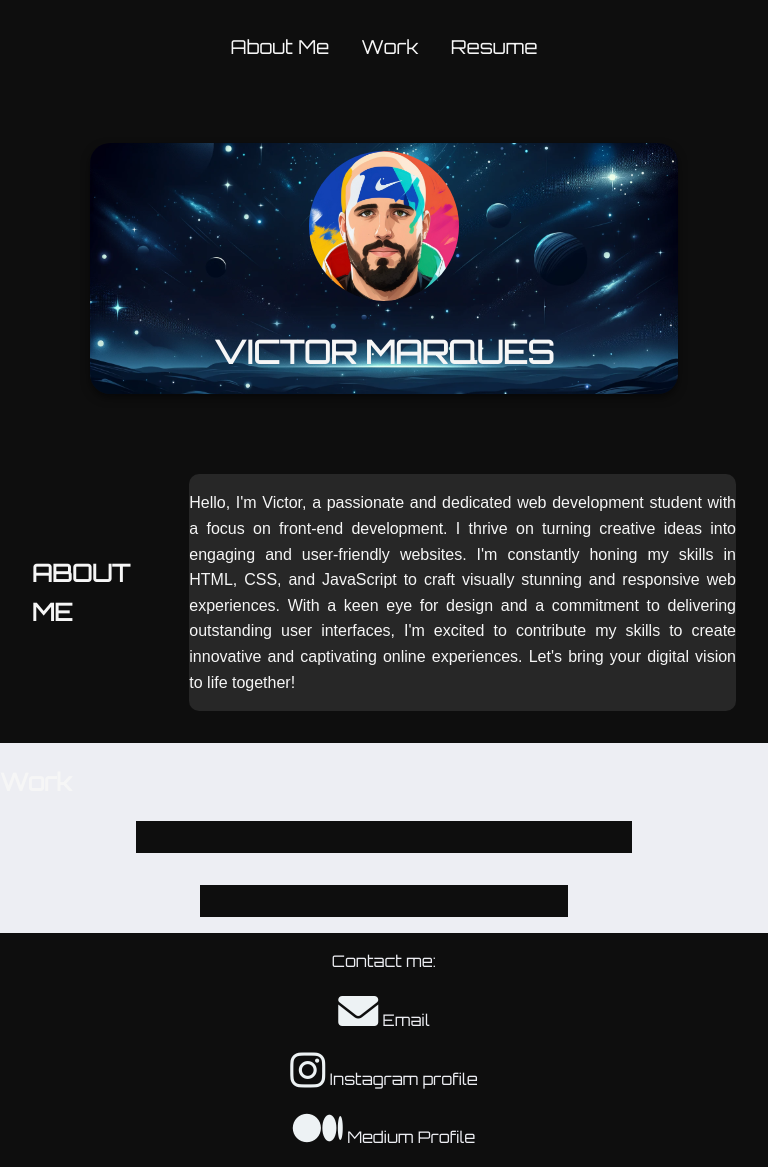
Repository: uvee35/Challenge2-Victor
Page: index.html
These files come from the project's save history. The page is drawn as it stood at one moment and after the next save; the edit follows.
The browser window is 768 px wide. The pictures show the whole page.

Above is the page before, as saved 2023-12-11 23:09:15.

### index.html
<!DOCTYPE html>
<html lang="en-gb">
  <head>
    <meta charset="UTF-8" />
    <meta name="viewport" content="width=device-width, initial-scale=1.0" />
    <meta http-equiv="X-UA-Compatible" content="ie=edge" />
    <title>Victor Marques Portfolio</title>
    <link rel="stylesheet" href="assets/style.css" />
    <link
      href="https://cdnjs.cloudflare.com/ajax/libs/font-awesome/6.0.0-beta3/css/all.min.css"
      rel="stylesheet"
    />
    <link
      href="https://fonts.googleapis.com/css?family=Orbitron&display=swap"
      rel="stylesheet"
    />
  </head>

  <body>
    <header class="header">
      <nav class="header__nav">
        <ul class="nav__list">
          <li class="nav__item">
            <a href="#about-me" class="nav__link">About Me</a>
          </li>
          <li class="nav__item"><a href="#work" class="nav__link">Work</a></li>
          <li class="nav__item">
            <a href="#resume" class="nav__link">Resume</a>
          </li>
        </ul>
      </nav>
    </header>

    <section class="hero-banner">
      <div class="hero-banner__content">
        <img src="..///assets/victor.JPG" alt="Victor" class="about__image" />
        <h1>VICTOR MARQUES</h1>
      </div>
    </section>

    <main class="page-wrapper">
      <section id="about-me"></section>
      <section class="about-section">
        <h2 class="about-title">ABOUT ME</h2>
        <div class="about-box">
          <p class="about-me-text">
            Hello, I'm Victor, a passionate and dedicated web development
            student with a focus on front-end development. I thrive on turning
            creative ideas into engaging and user-friendly websites. I'm
            constantly honing my skills in HTML, CSS, and JavaScript to craft
            visually stunning and responsive web experiences. With a keen eye
            for design and a commitment to delivering outstanding user
            interfaces, I'm excited to contribute my skills to create innovative
            and captivating online experiences. Let's bring your digital vision
            to life together!
          </p>
        </div>
      </section>

      <section class="page-section" id="work">
        <h2>Work</h2>
        <div class="work__projects">
          <a class="project project--featured"></a>
          <div class="project">
            <!-- Other project content -->
          </div>
          <!-- Repeat for other projects as necessary -->
        </div>
      </section>
    </main>

    <footer class="footer">
      <div class="footer__contact-info">
        <span class="footer__contact-header">Contact me: </span>
        <a href="mailto:victormarquesrina@hotmail.com" class="contact-link">
          <i class="fas fa-envelope social-icon"></i>
          <span>Email</span>
        </a>
        <a href="https://www.instagram.com/Uvee35" class="contact-link">
          <i class="fab fa-instagram social-icon"></i>
          <span>Instagram profile</span>
        </a>
        <a href="https://medium.com/@victor5.vm58" class="contact-link">
          <i class="fab fa-medium social-icon"></i>
          <span>Medium Profile</span>
        </a>
      </div>
    </footer>
  </body>
</html>

### assets/style.css
:root {
  --primary-color: #edeef3;
  --secondary-color: #0e0e0e;
  --accent-color: #edf2f4;
  --font-color: #f6f6f6;
  --font-family: 'Orbitron', sans-serif;
}

*,
*::before,
*::after {
  box-sizing: border-box;
}

body {
  font-family: var(--font-family);
  color: var(--font-color);
  background-color: var(--primary-color);
  line-height: 1.6;
  margin: 0;
  padding: 0;
  display: flex;
  flex-direction: column;
  min-height: 100vh;
}

.header {
  display: flex;
  justify-content: center; /* This will center the navigation items */
  align-items: center; /* This will vertically center the items if the header has a specific height */
  padding: 1rem;
  background-color: #0e0e0e;
}


.nav__list {
  display: flex;
  justify-content: center; /* Center the list items horizontally */
  align-items: center; /* Center the list items vertically */
  list-style: none;
  padding: 0; /* Remove default padding */
}


.nav__item {
  margin: 0 1rem;
}

.nav__link {
  color: var(--font-color);
  text-decoration: none;
  font-size: 1.2rem;
}

.hero-banner {
  padding: 1rem; /* Reduced padding */
  text-align: center; /* Center content */
  background-color: #0e0e0e;
}

.hero-banner__content {
  /* If you want to limit the width of the content area */
  max-width: 600px; /* Adjust as needed */
  margin: auto; /* Center the content area if max-width is set */
  background-image: url(..//assets/background.png);
  background-size: cover;
  background-position: center;
  padding: 0.5rem 0; /* Adjust the padding to resize the section */
  text-align: center;
  display: flex;
  flex-direction: column; /* Stack children vertically */
  align-items: center; /* Center-align children horizontally */
  justify-content: center; /* Center-align children vertically */
  border-radius: 20px; /* Add rounded corners */
  margin: 2rem; /* Add some margin around the section */
  box-shadow: 0 4px 8px rgba(0, 0, 0, 0.5); /* Optional: Add shadow for depth */
  width: 80%; /* Adjust width to your liking */
  max-width: 1200px; /* Optional: Set a max-width */
  margin-left: auto; /* Margins auto for center alignment */
  margin-right: auto;
}


.hero-banner h1 {
  font-size: 2rem; /* Smaller font size for the main heading */
  margin-bottom: 0.5rem; /* Adjust spacing as needed */

}




.about__image {
  width: 150px; /* New, smaller width */
  height: 150px; /* New, smaller height */
  border-radius: 50%; /* To keep the circular shape */
  object-fit: cover; /* To maintain aspect ratio */
}


.about-section {
  background-color: var(--secondary-color);
  padding: 2rem;
  display: flex;
  justify-content: space-between;
  align-items: center;

}

.about-title {
  color: var(--font-color);
  font-size: 1.5rem;
  margin-right: 2rem; /* Adjust space between title and box */
}

.about-box {
  flex-grow: 1;
  background: rgba(255, 255, 255, 0.1); /* Semi-transparent white */
  padding: 2rem;
  border-radius: 10px;
  color: var(--font-color);
  font-size: 1rem;
  text-align: justify;
  font-family: Arial, Helvetica, sans-serif;
}

.work__projects {
  display: flex;
  flex-wrap: wrap;
  gap: 1rem;
  justify-content: center;
}

.project {
  background-color: var(--secondary-color);
  padding: 1rem;
  width: calc(33.333% - 1rem);
  margin-bottom: 1rem;
}

.project--featured {
  width: calc(66.666% - 1rem);
}

.project img {
  max-width: 100%;
  height: auto;
  border: 3px solid var(--accent-color);
}

.footer {
  background-color: var(--secondary-color);
  color: var(--primary-color);
  text-align: center;
  padding: 1rem 0;
  display: flex;
  justify-content: space-around;
  align-items: center;
  margin-top: auto; /* Pushes the footer to the bottom */
}

.footer a {
  color: var(--primary-color);
  text-decoration: none;
}

.footer__contact-info {
  display: flex;
  justify-content: space-around;
  align-items: center;
  width: 100%;
}

.social-icon {
  font-size: 2rem;
  color: var(--accent-color);
}

/* Media Queries for Responsive Design */
@media (max-width: 768px) {
  .project {
    width: calc(50% - 1rem);
  }

  .project--featured {
    width: calc(66.666% - 1rem);
  }

  .about-box {
    width: 90%; /* Adjusted from 100% to 90% */
    padding: 0rem; /* Added padding for better readability */
  }

  .footer__contact-info {
    flex-direction: column; /* Stack contact info vertically */
    gap: 1rem; /* Add spacing between contact info items */
  }

  .social-icon {
    font-size: 2.5rem; /* Increased icon size for better visibility */
  }
}

@media (max-width: 480px) {
  .nav__list {
    flex-direction: column;
    align-items: center;
  }

  .nav__item {
    margin-bottom: 0.5rem;
  }

  .project,
  .project--featured {
    width: 100%;
  }

  .about-section {
    flex-direction: column;
    text-align: center;
  }
  .hero-banner__content{
    background-image: url(..//assets/background.png);
  }

  .about-title {
    margin: 0 0 1rem 0;
  }

  .about-box {
    padding: 1rem; /* Added padding for better readability */
  }

  .footer__contact-info {
    flex-direction: column; /* Stack contact info vertically */
    gap: 1rem; /* Add spacing between contact info items */
  }

  .social-icon {
    font-size: 2.5rem; /* Increased icon size for better visibility */
  }
}

After the next save:
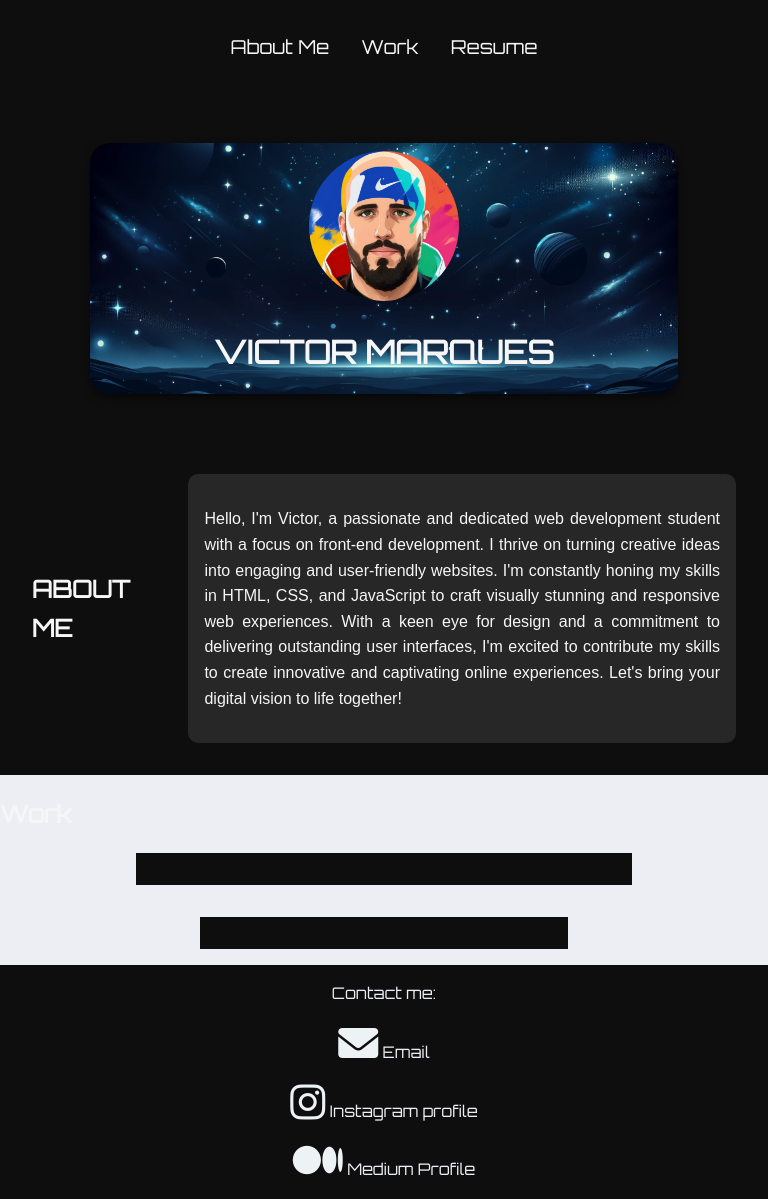
Saved 21 s later.
--- a/assets/style.css
+++ b/assets/style.css
@@ -188,7 +188,7 @@
 
   .about-box {
     width: 90%; /* Adjusted from 100% to 90% */
-    padding: 0rem; /* Added padding for better readability */
+    padding: 1rem; /* Added padding for better readability */
   }
 
   .footer__contact-info {
